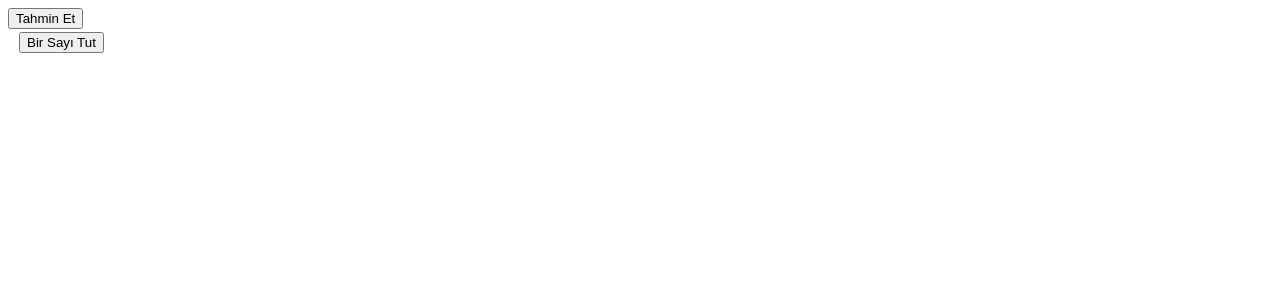
Repository: emrebolukbas/.js-Training-Tobeto
Page: 4-oyunBirSayiTut/public/oyunBirSayiTut.html
The author's editor kept a copy of each file at every save. The page is drawn from the files as they stood at one save, then again after the next save.
The browser window is 1280 px wide. The pictures show the whole page.

Above is the page before, as saved 2023-10-08 20:39:06.
Console error: ReferenceError: sayfaYukle is not defined

### 4-oyunBirSayiTut/public/oyunBirSayiTut.html
<!DOCTYPE html>
<html>
<head>
	<meta charset="UTF-8">
	<title> 4-Oyun Bir Sayı Tut 1.0 </title>
	<link rel="stylesheet" href="oyunBirSayiTut.css">
	<script type="text/javascript" src="oyunBirSayiTut.js"></script>
</head>
<body onload="sayfaYukle()">

	<table class="table-1">
		<tr class="tr-1">
			<td class="td-1">

			</td>
			<td>

			</td>
			<td>
				<button> Bir Sayı Tut </button>
			</td>
		</tr>
		<tr>
			<td colspan="1">

			</td>
		</tr>
		<button> Tahmin Et </button>
	</table>

	<br/>
	<br/>
	<p></p>

</body>
</html>

### 4-oyunBirSayiTut/public/oyunBirSayiTut.css
@charset "UTF-8";

table {
	border: solid 2px dashed #4455ee;
}

Loaded but not shown: 4-oyunBirSayiTut/public/oyunBirSayiTut.js (common file)

After the next save:
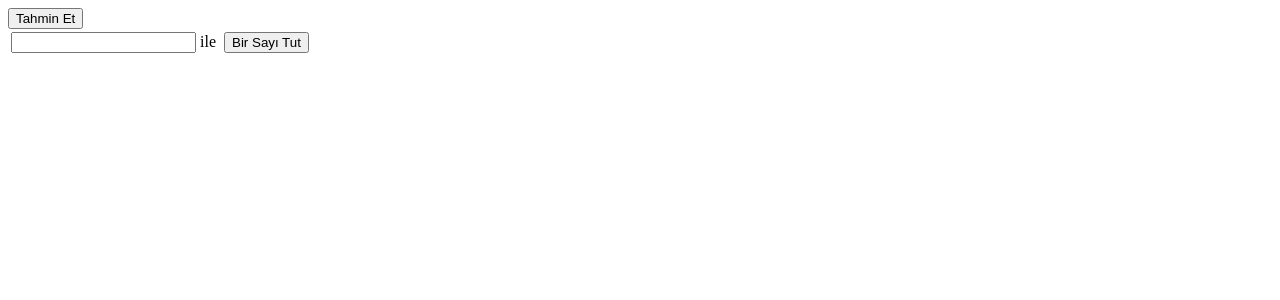
Saved 94 s later.
--- a/4-oyunBirSayiTut/public/oyunBirSayiTut.html
+++ b/4-oyunBirSayiTut/public/oyunBirSayiTut.html
@@ -11,7 +11,8 @@
 	<table class="table-1">
 		<tr class="tr-1">
 			<td class="td-1">
-
+				<input id="input-1" type="number">
+					<label for="input-1">ile</label>
 			</td>
 			<td>
 
